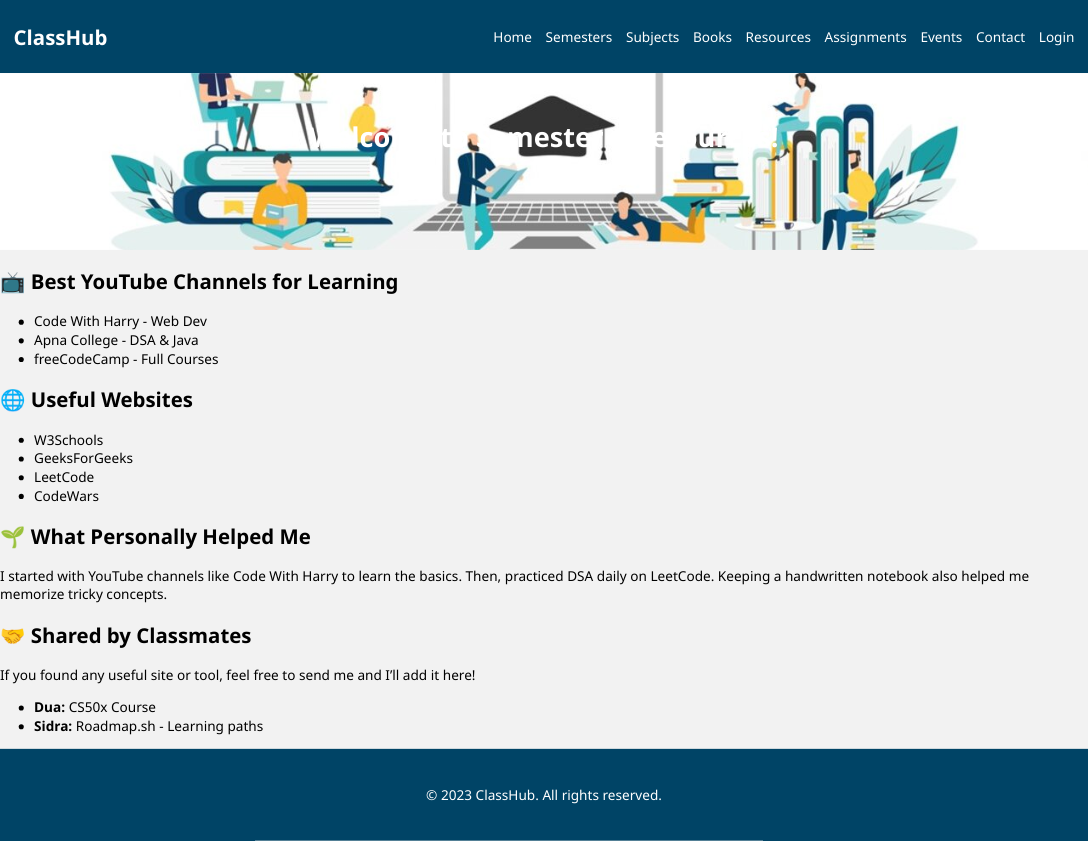
Repository: MariamSawera/eduNova
Page: resources.html
These files come from the project's save history. The page is drawn as it stood at one moment and after the next save; the edit follows.
The browser window is 1280 px wide. The pictures show the whole page, at 85% of full size.

Above is the page before, as saved 2025-07-23 21:53:10.

### resources.html
<html>
<head>
    <title>Semester 1</title>
    <meta charset="UTF-8">
    <meta name="viewport" content="width=device-width, initial-scale=1.0">
    <link rel="stylesheet" href="styles.css">
    <script src="script.js"></script>
</head>
<body>
    <nav>
        <div class="logo">ClassHub</div>
        <ul>
        <li><a href="index.html">Home</a></li>
        <li><a href="index.html#semester">Semesters</a></li>
        <li><a href="subjects.html">Subjects</a></li>
        <li><a href="books.html">Books</a></li>
        <li><a href="resources.html">Resources</a></li>
        <li><a href="assignments.html">Assignments</a></li>
        <li><a href="events.html">Events</a></li>
        <li><a href="contact.html">Contact</a></li>
        <li><a href="login.html">Login</a></li>
        </ul>
    </nav>

    <!-- Hero Section -->
    <div class="hero">
        <h1>Welcome to Semester 1 Resources!</h1>
    </div>


      <section class="resources-section">
    <h2>📺 Best YouTube Channels for Learning</h2>
    <ul>
      <li><a href="https://youtube.com/CodeWithHarry" target="_blank">Code With Harry - Web Dev</a></li>
      <li><a href="https://youtube.com/ApnaCollegeOfficial" target="_blank">Apna College - DSA & Java</a></li>
      <li><a href="https://youtube.com/FreeCodeCamp" target="_blank">freeCodeCamp - Full Courses</a></li>
    </ul>
  </section>

  <!-- Websites -->
  <section class="resources-section">
    <h2>🌐 Useful Websites</h2>
    <ul>
      <li><a href="https://www.w3schools.com/" target="_blank">W3Schools</a></li>
      <li><a href="https://www.geeksforgeeks.org/" target="_blank">GeeksForGeeks</a></li>
      <li><a href="https://leetcode.com/" target="_blank">LeetCode</a></li>
      <li><a href="https://www.codewars.com/" target="_blank">CodeWars</a></li>
    </ul>
  </section>

  <!-- What Helped Me -->
  <section class="my-tips">
    <h2>🌱 What Personally Helped Me</h2>
    <p>I started with YouTube channels like Code With Harry to learn the basics. Then, practiced DSA daily on LeetCode. Keeping a handwritten notebook also helped me memorize tricky concepts.</p>
  </section>

  <!-- Classmate Contributions -->
  <section class="classmate-tips">
    <h2>🤝 Shared by Classmates</h2>
    <p>If you found any useful site or tool, feel free to send me and I’ll add it here!</p>

    <ul>
      <li><strong>Dua:</strong> <a href="https://cs50.harvard.edu/x/" target="_blank">CS50x Course</a></li>
      <li><strong>Sidra:</strong> <a href="https://roadmap.sh/" target="_blank">Roadmap.sh - Learning paths</a></li>
    </ul>
  </section>







    </div>

    <!-- Footer -->
    <footer class="footer">
        <p>&copy; 2023 ClassHub. All rights reserved.</p>
    </footer>

</body>
</html>

### styles.css
html {
  scroll-behavior: smooth;
}

body {
  margin: 0;
  font-family: "Segoe UI", sans-serif;
  background: #f2f2f2;
  /* background-color: #B3DDF0; */
}

nav {
  background-color: #004466;
  color: white;
  padding: 1rem;
  display: flex;
  justify-content: space-between;
  align-items: center;
}

nav .logo {
  font-size: 1.5rem;
  font-weight: bold;
}

a {
  text-decoration: none;
  color: inherit;
}

nav ul {
  list-style: none;
  display: flex;
  gap: 1rem;
}

nav ul li {
  display: inline;
}

nav ul li a {
  color: white;
  text-decoration: none;
}

.hero {
  /* background: linear-gradient(to right, #00aaff, #00ffcc); */
  background-image: url("./images/banner.jpg");
  background-position: center;
  color: white;
  padding: 2rem;
  text-align: center;
  height: 20vh;
}

.hero input {
  padding: 0.5rem;
  border: none;
  border-radius: 5px;
  margin-top: 1rem;
  width: 200px;
}

.dashboard {
  display: grid;
  grid-template-columns: 1fr 1fr 1fr;
  gap: 1rem;
  padding: 2rem;
}

.card {
  background: white;
  padding: 1rem;
  border-radius: 10px;
  box-shadow: 0 2px 5px rgba(0, 0, 0, 0.1);
}

.quick-links {
  padding: 2rem;
  display: grid;
  grid-template-columns: repeat(3, minmax(150px, 1fr));
  gap: 1rem;
}

.link-card {
  display: flex;
  justify-content: center;
  align-items: center;
  font-size: 30px;
  color: white;
}

.quick-links .link-card {
  background: white;
  text-align: center;
  padding: 1rem;
  border-radius: 10px;
  box-shadow: 0 2px 5px rgba(0, 0, 0, 0.1);
  height: 80px;
}

.footer {
  background-color: #004466;
  display: flex;
  justify-content: center;
  align-items: center;
  color: white;
  height: 15vh;
}

.heading {
  color: #333;
  margin-bottom: 1rem;
  text-align: center;
  font-size: 2rem;
}

/* books.html */
.book-container {
  display: flex;
  justify-content: center;
  text-align: center;
  gap: 1rem;
  padding: 2rem;
  flex-wrap: wrap;
}

.book-card {
  background: white;
  width: 20%;
  padding: 1rem;
  border-radius: 8px;
  box-shadow: 0 2px 5px rgba(0, 0, 0, 0.1);
  text-align: center;
}

.book-card img {
  max-width: 100%;
  height: 40vh;
  border-radius: 5px;
  object-fit: cover;
}

.info {
  padding: 1rem;
  text-align: center;
}

.info h3 {
  margin: 0.5rem 0;
  font-size: 1.1rem;
  color: #222;
}

.info p {
  font-size: 0.9rem;
  color: #555;
}

.info a {
  display: inline-block;
  margin-top: 0.7rem;
  padding: 0.5rem 1rem;
  background: #0077cc;
  color: white;
  text-decoration: none;
  border-radius: 5px;
}

.info a:hover {
  background: #005fa3;
}

/* subjects.html */
.instructor-container {
  display: flex;
  justify-content: center;
  align-items: center;
  flex-wrap: wrap;
  gap: 2rem;
  margin: 30px;
}

.instructor-card {
  background-color: white;
  padding: 25px;
  /* margin: 12px; */
  display: inline-block;
  width: 20%;
  height: auto;
  flex-direction: column;
  align-items: center;
  text-align: center;
  border-radius: 30px;
  margin-bottom: 1rem;
  box-shadow: 0px 4px 10px rgba(0, 0, 0, 0.1);
}

.instructor-card img {
  border-radius: 50%;
  object-fit: cover;
}

.instructor-card h3 {
  margin: 8px 0;
}

.difficulty {
  font-size: 15px;
  font-weight: bold;
  color: black;
  background-color: rgb(214, 211, 0);
  padding: 4px 10px;
  border-radius: 5px;
  width: 40pxpx;
  display: inline-block;
}

.resources {
  margin-top: 10px;
}

.resources a {
  /* background-color: rgb(73, 73, 192);
  margin: 7px;
  color: white;
  padding: 6px 12px;
  border-radius: 10px;
  font-size: 15px;
  display: inline-block; */
  display: inline-block;
  margin-top: 0.7rem;
  padding: 0.5rem 1rem;
  background: #0077cc;
  color: white;
  text-decoration: none;
  border-radius: 5px;

}

.resources a:hover {
  background-color: blueviolet;
}

### script.js
function updateName() {
      const name = document.getElementById('nameInput').value;
      const welcome = document.getElementById('welcome');
      if(name.trim()) {
        welcome.textContent = `Hello, ${name}! 👋`;
      } else {
        welcome.textContent = `Hello, Guest 👋`;
      }
    }

After the next save:
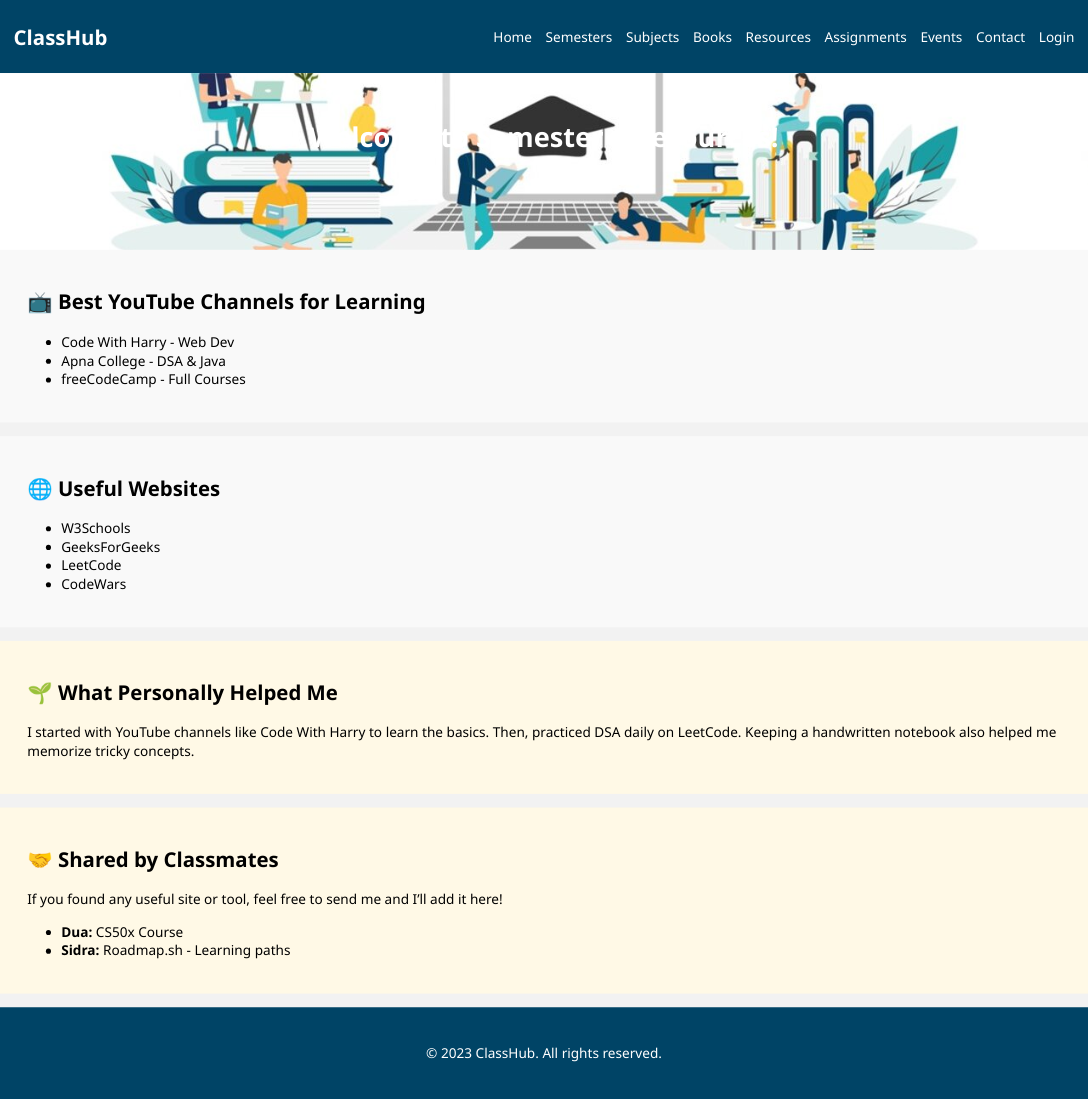
Saved 36 s later.
--- a/styles.css
+++ b/styles.css
@@ -241,3 +241,17 @@ nav ul li a {
 .resources a:hover {
   background-color: blueviolet;
 }
+
+/* resources.html */
+
+.resources-section {
+  padding: 1.5rem 2rem;
+  background-color: #f9f9f9;
+  margin-bottom: 1rem;
+}
+
+.my-tips, .classmate-tips {
+  padding: 1.5rem 2rem;
+  background-color: #fff9e6;
+  margin-bottom: 1rem;
+}
